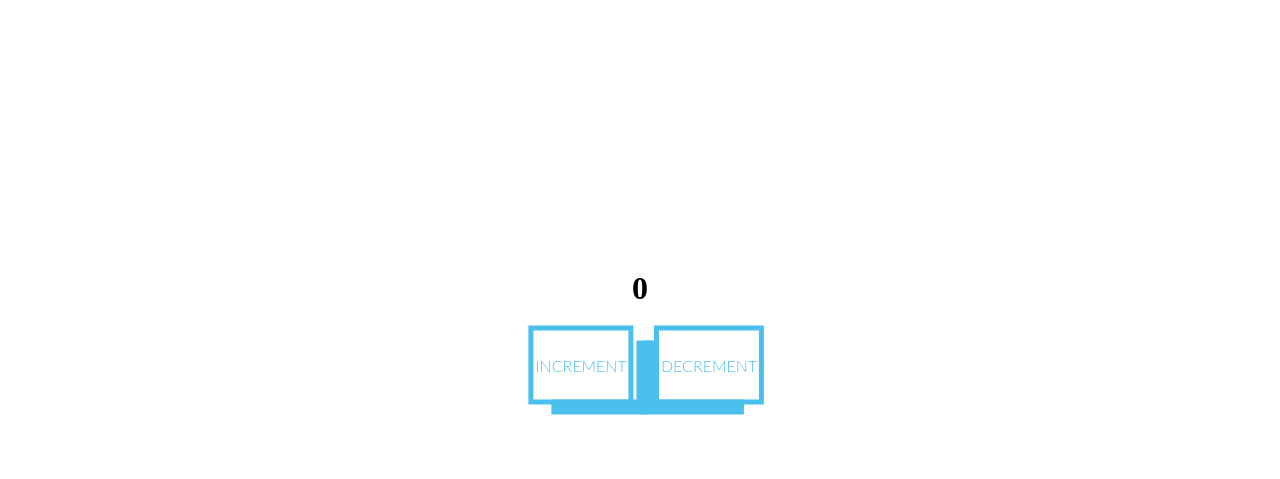
Repository: Ellisvelandia/react_introduction_test
Page: /
The author's editor kept a copy of each file at every save. The page is drawn from the files as they stood at one save, then again after the next save.
The browser window is 1280 px wide. The pictures show the whole page.
The project was rebuilt for these pictures with package versions that can differ from the ones it lists, and the page was loaded fresh each time. Also part of the build but not shown: src/index.css.

Above is the page before, as saved 2022-08-15 20:15:44.

After the next save:
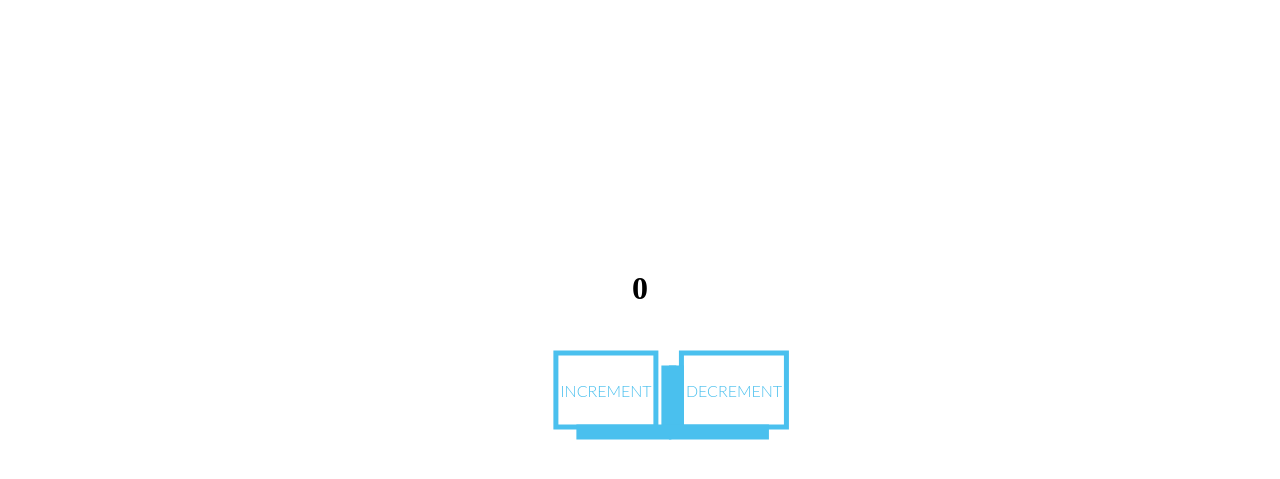
Saved 5 s later.
--- a/src/App.scss
+++ b/src/App.scss
@@ -26,7 +26,7 @@
 
 button {
   font-size: 1rem;
-  margin: 5px;
+  margin: 30px;
   font-family: "Lato", sans-serif;
   font-weight: 300;
 

After the save that followed:
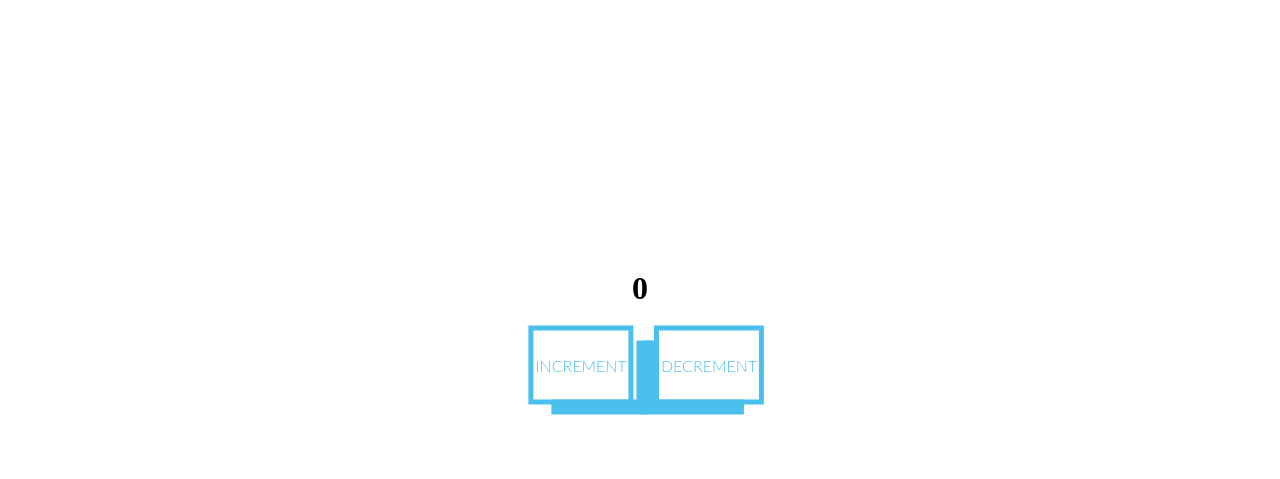
Saved 6 s later.
--- a/src/App.scss
+++ b/src/App.scss
@@ -26,7 +26,7 @@
 
 button {
   font-size: 1rem;
-  margin: 30px;
+  margin: 5px;
   font-family: "Lato", sans-serif;
   font-weight: 300;
 
